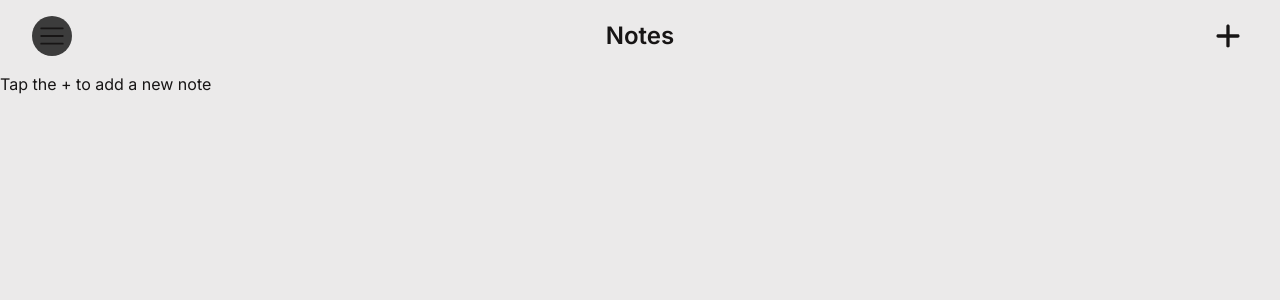
Repository: IdaHolmen/notes
Page: index.html
These files come from the project's save history. The page is drawn as it stood at one moment and after the next save; the edit follows.
The browser window is 1280 px wide. The pictures show the whole page.
The first visible `.header-buttons` is being pressed.

Above is the page before, as saved 2024-10-26 17:22:11.

### index.html
<!DOCTYPE html>
<html lang="en">
    <head>
        <meta charset="UTF-8" />
        <meta name="viewport" content="width=device-width, initial-scale=1.0" />
        <title>Notes</title>

        <link rel="stylesheet" href="./css/reset.css" />
        <link rel="stylesheet" href="./css/style.css" />
    </head>
    <body>
        <header class="notes-header">
            <button class="hamburger-button header-buttons">
                <img src="./assets/hamburger.svg" alt="Hamburger menu" class="hamburger-image header-images" />
            </button>
            <h1 id="headline">Notes</h1>
            <button class="add-notes-button header-buttons">
                <img src="./assets/plus.svg" alt="A plus sign" class="add-notes-image header-images" />
            </button>
        </header>

        <main class="main-container">
            <div class="default-container">
                <p>Tap the + to add a new note</p>
            </div>
        </main>
        <script src="app.js"></script>
    </body>
</html>

### css/reset.css
*, *::before, *::after {
	box-sizing: border-box;
  }

* {
	margin: 0;
	padding: 0;
}

body {
	line-height: 1.5;
	-webkit-font-smoothing: antialiased;
}

img, picture, video, canvas, svg {
	display: block;
	max-width: 100%;
}

input, textarea, select {
	font: inherit;
}

p, h1, h2, h3, h4, h5, h6 {
	overflow-wrap: break-word;
}

#root, #__next {
	isolation: isolate;
}

button {
	font: inherit;
	background: transparent;
	border: none;
	cursor: pointer;
	touch-action: manipulation;
}

a {
	color: inherit;
	text-decoration: none;
}

### css/style.css
@import url('https://fonts.googleapis.com/css2?family=Inter:ital,opsz,wght@0,14..32,100..900;1,14..32,100..900&display=swap');

:root {
    --primary-color: #ebeaea;
    --secondary-color: #171515;
    --dark-card-color: #3c3c3c;
    --light-card-color: #f0edc7;
}

body {
    width: 100%;
    height: 100vh;
    background-color: var(--primary-color);
    color: var(--secondary-color);
    font-family: 'Inter';
}

.notes-header {
    width: 100%;
    height: 10%;
    display: flex;
    flex-direction: row;
    align-items: center;
    justify-content: space-between;
    padding: 1rem 2rem;
}

#headline {
    font-size: 1.5rem;
    font-weight: 600;
}

.header-buttons {
    width: 2.5rem;
    height: 2.5rem;
    border-radius: 50%;
    display: flex;
    justify-content: center;
    align-items: center;
}

.header-buttons:hover {
    background-color: #d9d9d9;
}

.header-buttons:active {
    background-color: var(--dark-card-color);
}

.header-images {
    width: 1.5rem;
    height: 1.5rem;
}

.main-container {
    width: 100%;
    height: 90%;
}

Loaded but not shown: app.js (no stored copy; drawn as an empty file)

After the next save:
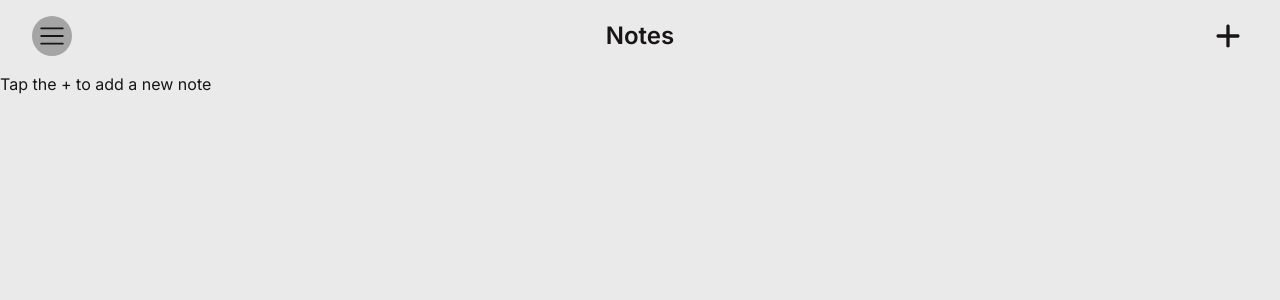
Saved 35 s later.
--- a/css/style.css
+++ b/css/style.css
@@ -44,7 +44,7 @@ body {
 }
 
 .header-buttons:active {
-    background-color: var(--dark-card-color);
+    background-color: #a5a5a5;
 }
 
 .header-images {
